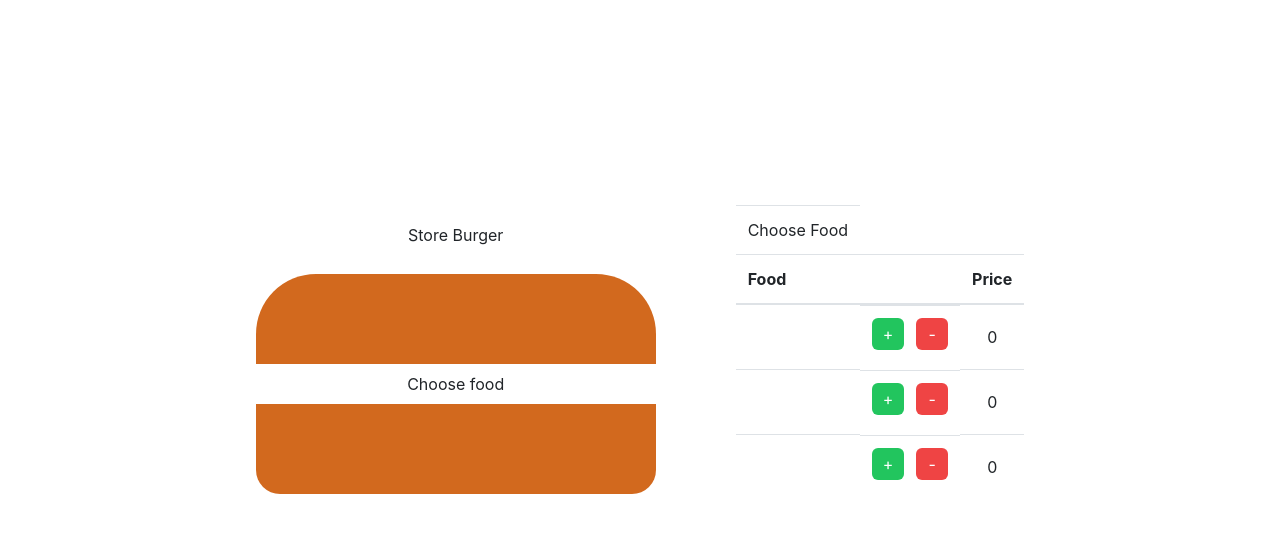
Repository: baobaodeveloper/bootcamp21_HuynhAnhBao_Burger
Page: /
An editor plug-in stored every save of this project. The page is shown before and after the next save, followed by the edit.
The browser window is 1280 px wide. The pictures show the whole page.
The project was rebuilt for these pictures with package versions that can differ from the ones it lists, and the page was loaded fresh each time. Also part of the build but not shown: vite.config.js, src/components/dataBuger/dataSlice.jsx.

Above is the page before, as saved 2022-05-15 18:21:43.

### index.html
<!DOCTYPE html>
<html lang="en">
  <head>
    <title>Title</title>
    <!-- Required meta tags -->
    <meta charset="utf-8" />
    <meta
      name="viewport"
      content="width=device-width, initial-scale=1, shrink-to-fit=no"
    />

    <!-- Bootstrap CSS -->
    <link
      rel="stylesheet"
      href="https://stackpath.bootstrapcdn.com/bootstrap/4.3.1/css/bootstrap.min.css"
      integrity="sha384-ggOyR0iXCbMQv3Xipma34MD+dH/1fQ784/j6cY/iJTQUOhcWr7x9JvoRxT2MZw1T"
      crossorigin="anonymous"
    />
  </head>
  <body>
    <div id="root"></div>
    <!-- Optional JavaScript -->
    <!-- jQuery first, then Popper.js, then Bootstrap JS -->
    <script
      src="https://code.jquery.com/jquery-3.3.1.slim.min.js"
      integrity="sha384-q8i/X+965DzO0rT7abK41JStQIAqVgRVzpbzo5smXKp4YfRvH+8abtTE1Pi6jizo"
      crossorigin="anonymous"
    ></script>
    <script
      src="https://cdnjs.cloudflare.com/ajax/libs/popper.js/1.14.7/umd/popper.min.js"
      integrity="sha384-UO2eT0CpHqdSJQ6hJty5KVphtPhzWj9WO1clHTMGa3JDZwrnQq4sF86dIHNDz0W1"
      crossorigin="anonymous"
    ></script>
    <script
      src="https://stackpath.bootstrapcdn.com/bootstrap/4.3.1/js/bootstrap.min.js"
      integrity="sha384-JjSmVgyd0p3pXB1rRibZUAYoIIy6OrQ6VrjIEaFf/nJGzIxFDsf4x0xIM+B07jRM"
      crossorigin="anonymous"
    ></script>

    <script type="module" src="/src/main.jsx"></script>
  </body>
</html>

### src/main.jsx
import React from "react";
import ReactDOM from "react-dom/client";
import App from "./App";
import "./index.scss";
import { Provider } from "react-redux";
import { store } from "./redux/store";

ReactDOM.createRoot(document.getElementById("root")).render(
  <Provider store={store}>
    <React.StrictMode>
      <App />
    </React.StrictMode>
  </Provider>
);

### src/App.jsx
import Burger from "./components/dataBuger/Burger";

function App() {
  return <Burger></Burger>;
}

export default App;

### src/redux/store.jsx
import { configureStore } from "@reduxjs/toolkit";
import { dataSlice } from "../components/dataBuger/dataSlice";

export const store = configureStore({
  reducer: {
    dataShow: dataSlice.reducer,
  },
});

### src/components/dataBuger/Burger.jsx
import React from "react";
import { useDispatch, useSelector } from "react-redux";
import {
  dataQualityFoodSelector,
  dataRenderFoodSelector,
} from "../../redux/selector";

export default function Burger() {
  const dataRenderFood = useSelector(dataRenderFoodSelector);
  const dataQtyFood = useSelector(dataQualityFoodSelector);
  console.log(dataQtyFood);

  return (
    <div>
      <div className="flex items-center gap-x-20  w-screen h-screen mx-auto justify-center">
        <div className="flex flex-col justify-center items-center gap-y-2 w-[400px]">
          <h2 className="mb-20">Store Burger</h2>
          <div className="bg-[#D2691E] w-full h-[30px] relative">
            <div className="bg-[#D2691E] w-full h-[60px] absolute top-0 left-0 -translate-y-[60px] rounded-tl-full rounded-tr-full"></div>
          </div>
          <p>Choose food</p>

          {dataRenderFood.length > 0 && dataRenderFood.map((item) => item)}
          {/* <div className="h-3 bg-green-500 w-[500px] rounded-full"></div>
          <div className="h-5 bg-yellow-500 w-[470px] rounded-full"></div>
          <div className="h-10 bg-[#800000] w-[400px] rounded-xl"></div> */}

          <div className="w-full bg-[#D2691E] h-[90px] rounded-br-3xl rounded-bl-3xl"></div>
        </div>

        <div className="">
          <table className="table">
            <thead>
              <tr>
                <td>Choose Food</td>
              </tr>
              <tr>
                <th scope="col">Food</th>
                <th scope="col"></th>
                <th scope="col">Price</th>
              </tr>
            </thead>
            <tbody>
              {dataQtyFood.map((food, i) => (
                <tr key={i}>
                  <td className="h-[40x] leading-[40px] text-center">
                    {food.foodName}
                  </td>
                  <td className="flex items-center gap-x-3">
                    <button className="w-8 h-8 flex items-center justify-center text-white leading-none rounded-md bg-green-500">
                      +
                    </button>
                    <button className="w-8 h-8 flex items-center justify-center text-white leading-none rounded-md bg-red-500">
                      -
                    </button>
                  </td>
                  <td className="h-[40x] text-center leading-[40px]">
                    {food.value}
                  </td>
                </tr>
              ))}
            </tbody>
          </table>
        </div>
      </div>
    </div>
  );
}

### src/redux/selector.jsx
export const dataRenderFoodSelector = (state) => state.dataShow.renderFood;
export const dataQualityFoodSelector = (state) => state.dataShow.dataFood;

Loaded but not shown: src/index.scss (common file); tailwind.config.js (common file)

After the next save:
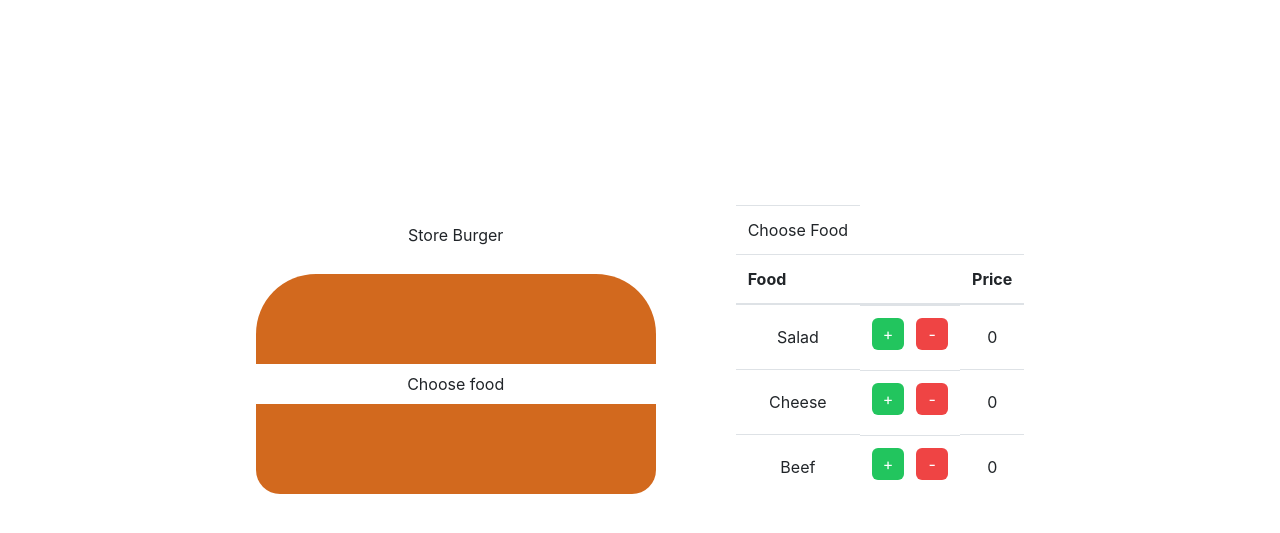
Saved 11 s later.
--- a/src/components/dataBuger/Burger.jsx
+++ b/src/components/dataBuger/Burger.jsx
@@ -44,7 +44,7 @@ export default function Burger() {
               {dataQtyFood.map((food, i) => (
                 <tr key={i}>
                   <td className="h-[40x] leading-[40px] text-center">
-                    {food.foodName}
+                    {food.nameFood}
                   </td>
                   <td className="flex items-center gap-x-3">
                     <button className="w-8 h-8 flex items-center justify-center text-white leading-none rounded-md bg-green-500">
